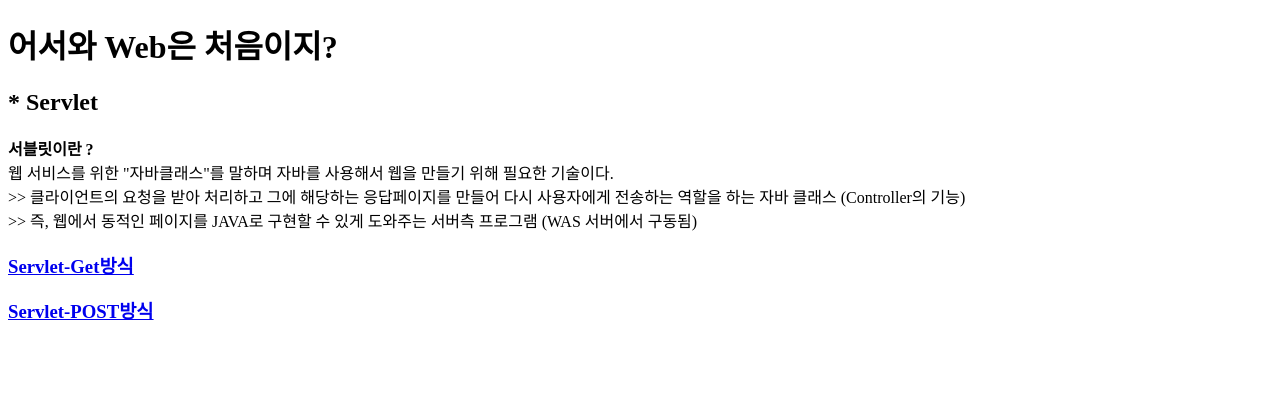
Repository: BrianH29/BH_webserver_workspace1
Page: webserver_workspace1/1_Servlet/WebContent/index.html
An editor plug-in stored every save of this project. The page is shown before and after the next save, followed by the edit.
The browser window is 1280 px wide. The pictures show the whole page.

Above is the page before, as saved 2020-08-28 05:05:14.

After the next save:
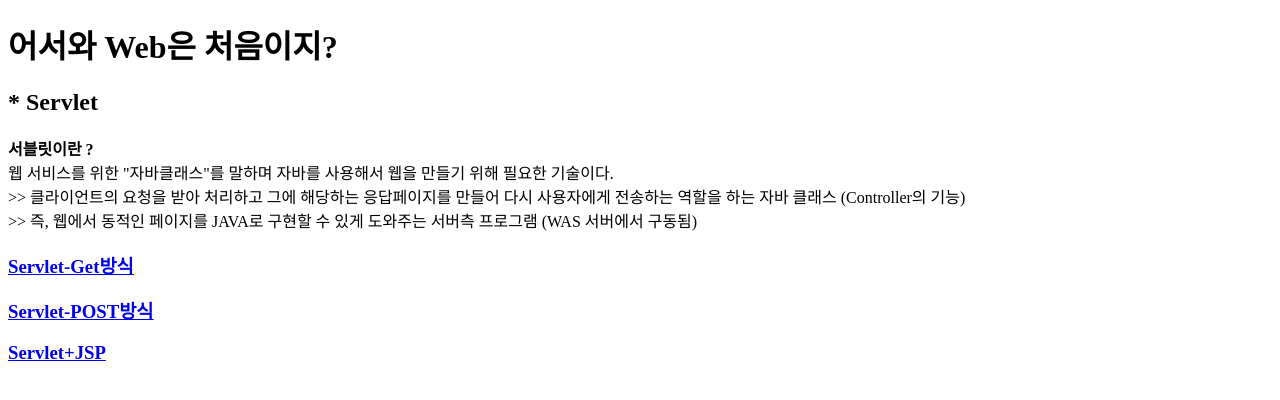
Saved 68 s later.
--- a/webserver_workspace1/1_Servlet/WebContent/index.html
+++ b/webserver_workspace1/1_Servlet/WebContent/index.html
@@ -99,7 +99,7 @@
 	<h3><a href="views/requestTest_GET.html">Servlet-Get방식</a></h3>
 	<h3><a href="views/requestTest_POST.html">Servlet-POST방식</a></h3>
 
-
+	<h3><a href="views/servlet+jsp.html">Servlet+JSP</a></h3>
 
 </body>
 </html>
